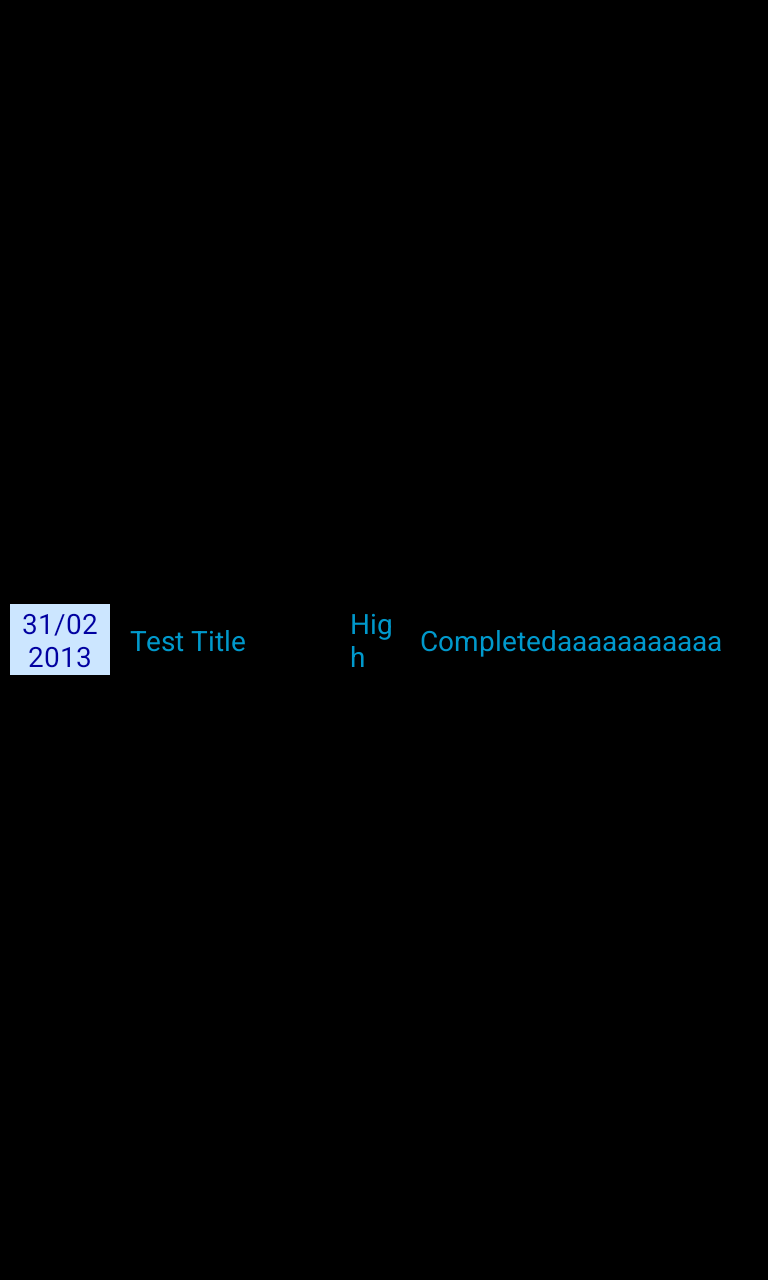
Repository: titango/androidass1
Layout: uTask/res/layout/task_list_item.xml
The author's editor kept a copy of each file at every save. The layout is drawn from the files as they stood at one save, then again after the next save.
It is drawn on a 768 x 1280 px phone screen (xhdpi) without system bars, with theme NoActionBar; the app's code is not run.

Above is the layout before, as saved 2013-03-31 23:41:01.

### uTask/res/layout/task_list_item.xml
<?xml version="1.0" encoding="utf-8"?>
<LinearLayout xmlns:android="http://schemas.android.com/apk/res/android"
    android:layout_width="wrap_content"
    android:layout_height="wrap_content"
    android:gravity="left|center"
    android:paddingBottom="5dp"
    android:paddingLeft="5dp"
    android:paddingTop="5dp" >

    <TextView
        android:id="@+id/task_list_item_date"
        android:layout_width="50dp"
        android:layout_height="wrap_content"
        android:background="@color/lightblue"
        android:gravity="center"
        android:text="31/02 2013"
        android:textColor="@color/darkblue" >
    </TextView>

    <TextView
        android:id="@+id/task_list_item_title"
        android:layout_width="100dp"
        android:layout_height="wrap_content"
        android:layout_marginLeft="10dp"
        android:text="Test Title"
        android:textColor="#0099CC" >
    </TextView>

    <TextView
        android:id="@+id/task_list_item_priority"
        android:layout_width="25dp"
        android:layout_height="wrap_content"
        android:layout_marginLeft="10dp"
        android:text="High"
        android:textColor="#0099CC" >
    </TextView>

    <TextView
        android:id="@+id/task_list_item_status"
        android:layout_width="wrap_content"
        android:layout_height="wrap_content"
        android:layout_marginLeft="10dp"
        android:text="Completedaaaaaaaaaaa"
        android:textColor="#0099CC" >
    </TextView>

</LinearLayout>

### uTask/res/values/colors.xml
<?xml version="1.0" encoding="utf-8"?>
<resources>
    <color name="white">#FFFFFF</color>
    <color name="black">#000000</color>
    <color name="darkblue">#0000A0</color>
    <color name="lightblue">#CCE6FF</color>
    <color name="lightyellow">#FFFFCC</color>
    <color name="superlightyellow">#FFFFE5</color>
    <color name="lightorange">#FFCC33</color>
    <color name="darkorange">#FFBF00</color>
    <color name="lowlightgreen">#00FF99</color>

</resources>

Loaded but not shown: uTask/res/values/styles.xml (common file)

After the next save:
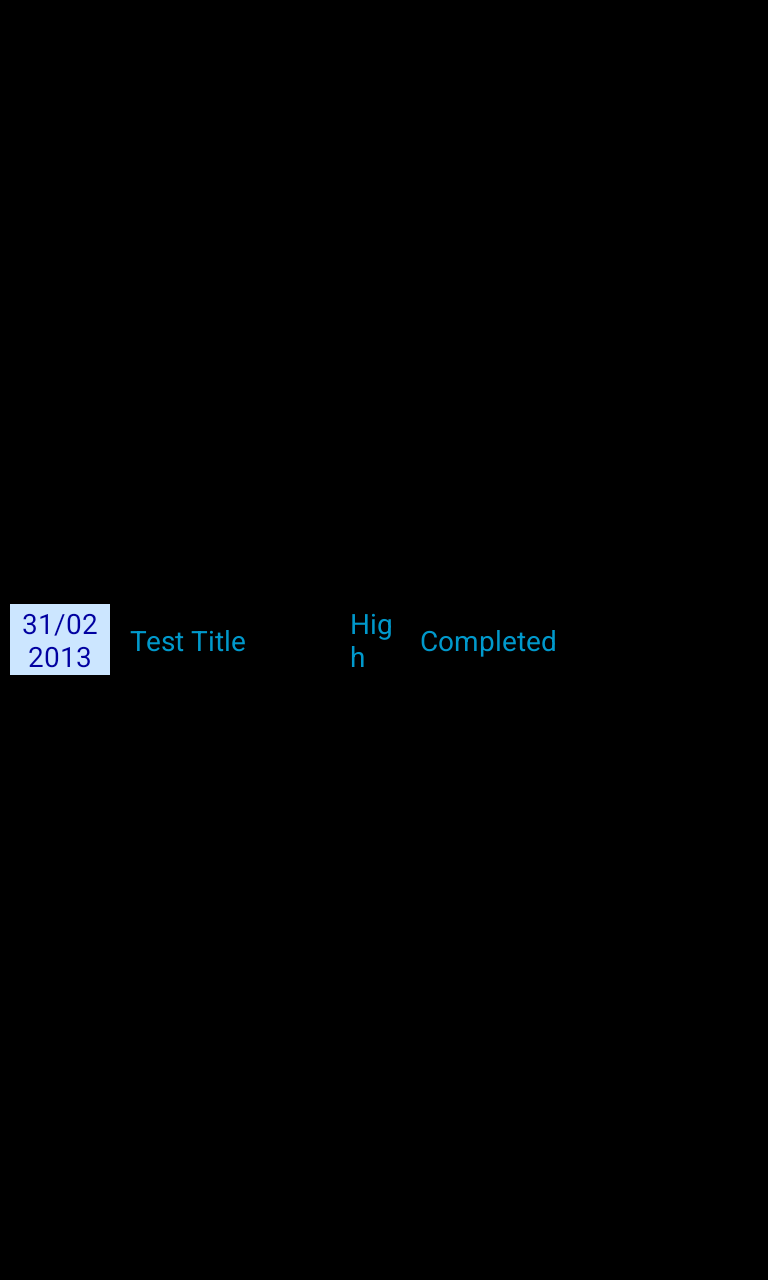
Saved 4 s later.
--- a/uTask/res/layout/task_list_item.xml
+++ b/uTask/res/layout/task_list_item.xml
@@ -40,7 +40,7 @@
         android:layout_width="wrap_content"
         android:layout_height="wrap_content"
         android:layout_marginLeft="10dp"
-        android:text="Completedaaaaaaaaaaa"
+        android:text="Completed"
         android:textColor="#0099CC" >
     </TextView>
 
